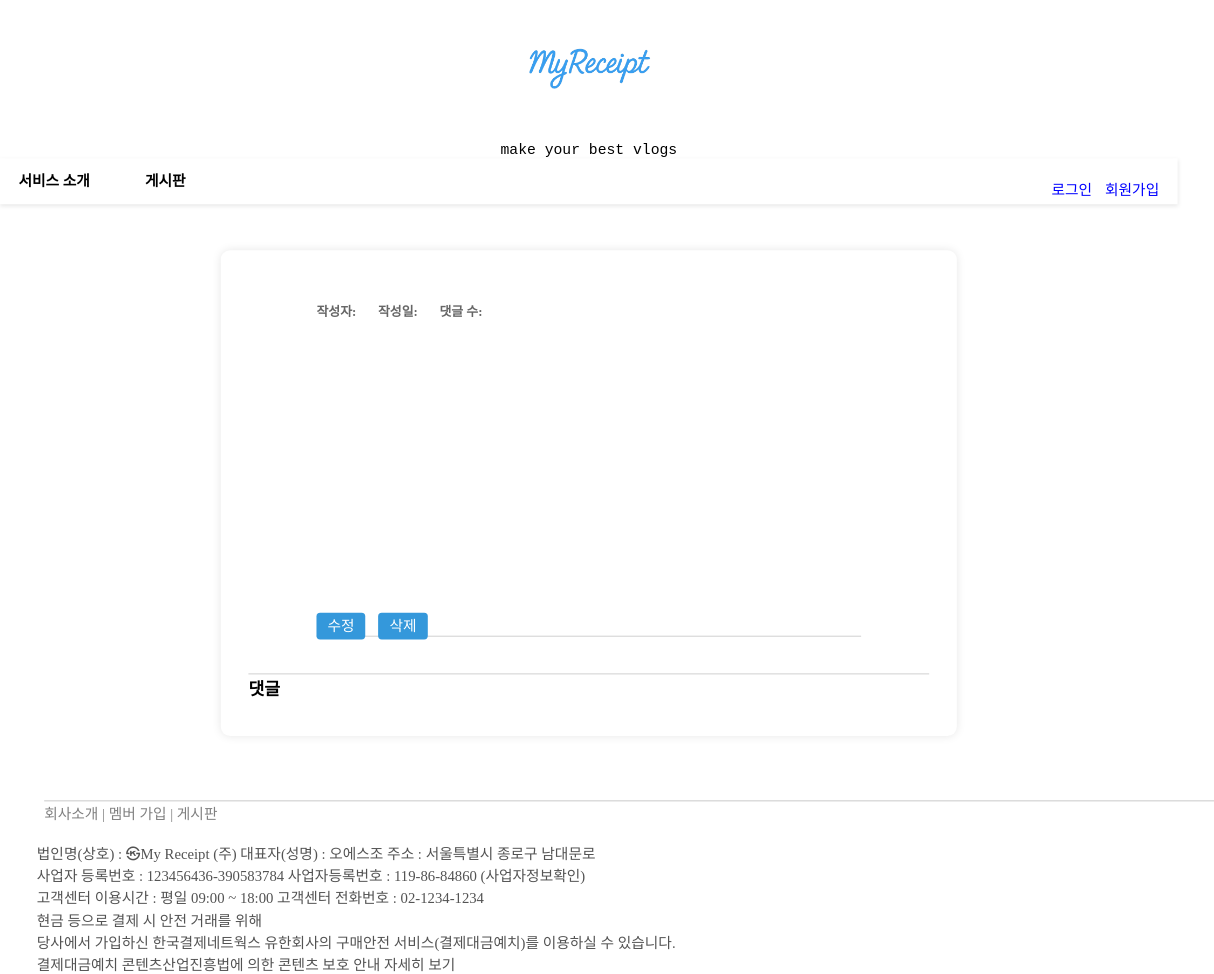
Repository: shong69/mini-project
Page: http://localhost/myReceipt2/WEB-INF/views/boardDetail.jsp
These files come from the project's save history. The page is drawn as it stood at one moment and after the next save; the edit follows.
The browser window is 1280 px wide. The page is 1320 px wide, so the pictures cover 1320 px, including what lies to the right of the window. The pictures show the whole page, at 92% of full size.
Some web fonts or font styles are not loaded; a fallback is used. The page is served by Tomcat 10. Nobody is signed in. The template is opened directly, without the code that normally fills it, so the values that code supplies are empty.

Above is the page before, as saved 2025-05-06 18:14:52.

After the next save:
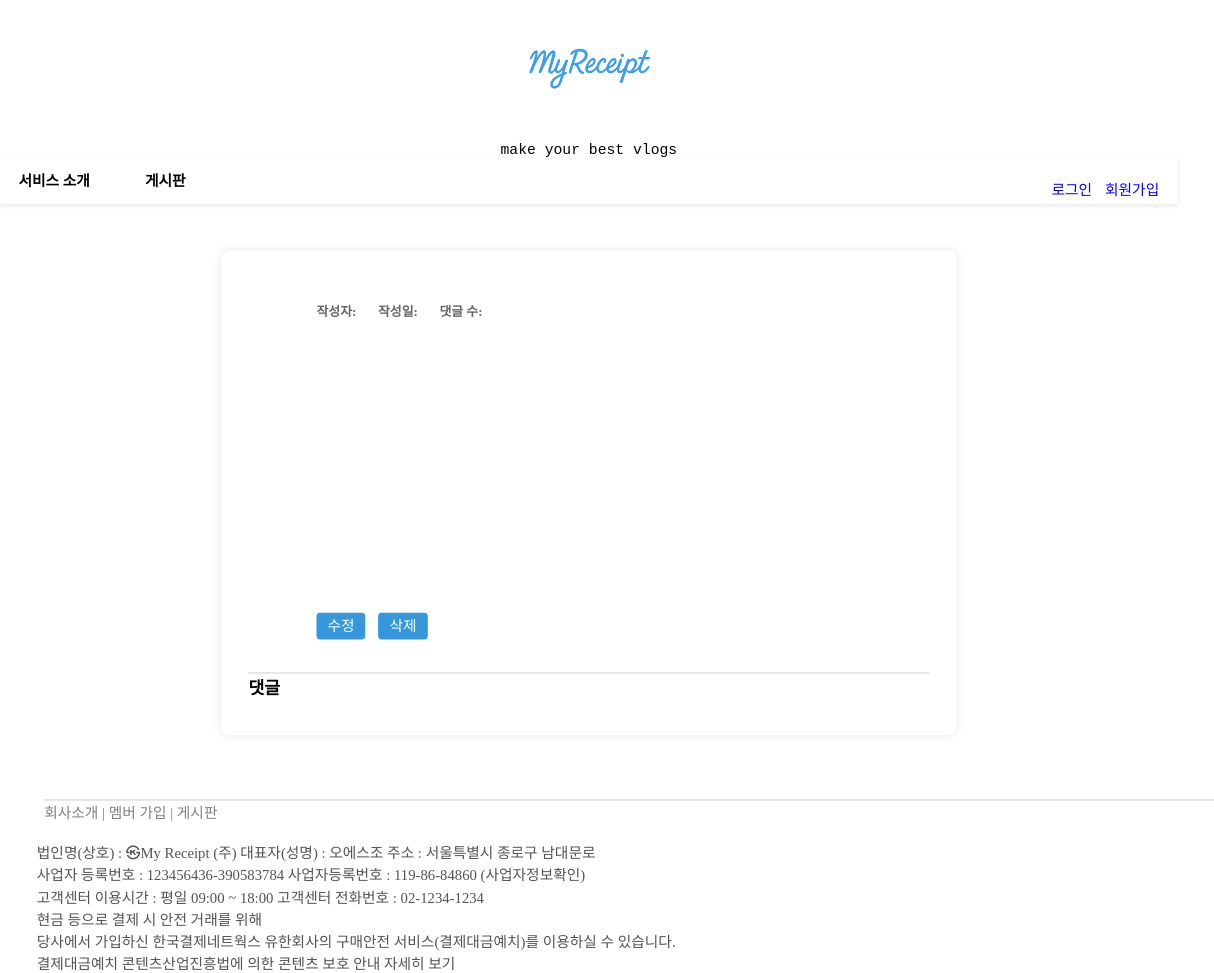
Saved 70 s later.
--- a/jspProject/myReceipt2/src/main/webapp/WEB-INF/views/boardDetail.jsp
+++ b/jspProject/myReceipt2/src/main/webapp/WEB-INF/views/boardDetail.jsp
@@ -21,7 +21,6 @@
 
 .post-detail{
 	width:80%;
-	border-bottom:1px solid #ccc;
 }
 .post-detail h2 {
     font-size: 28px;
